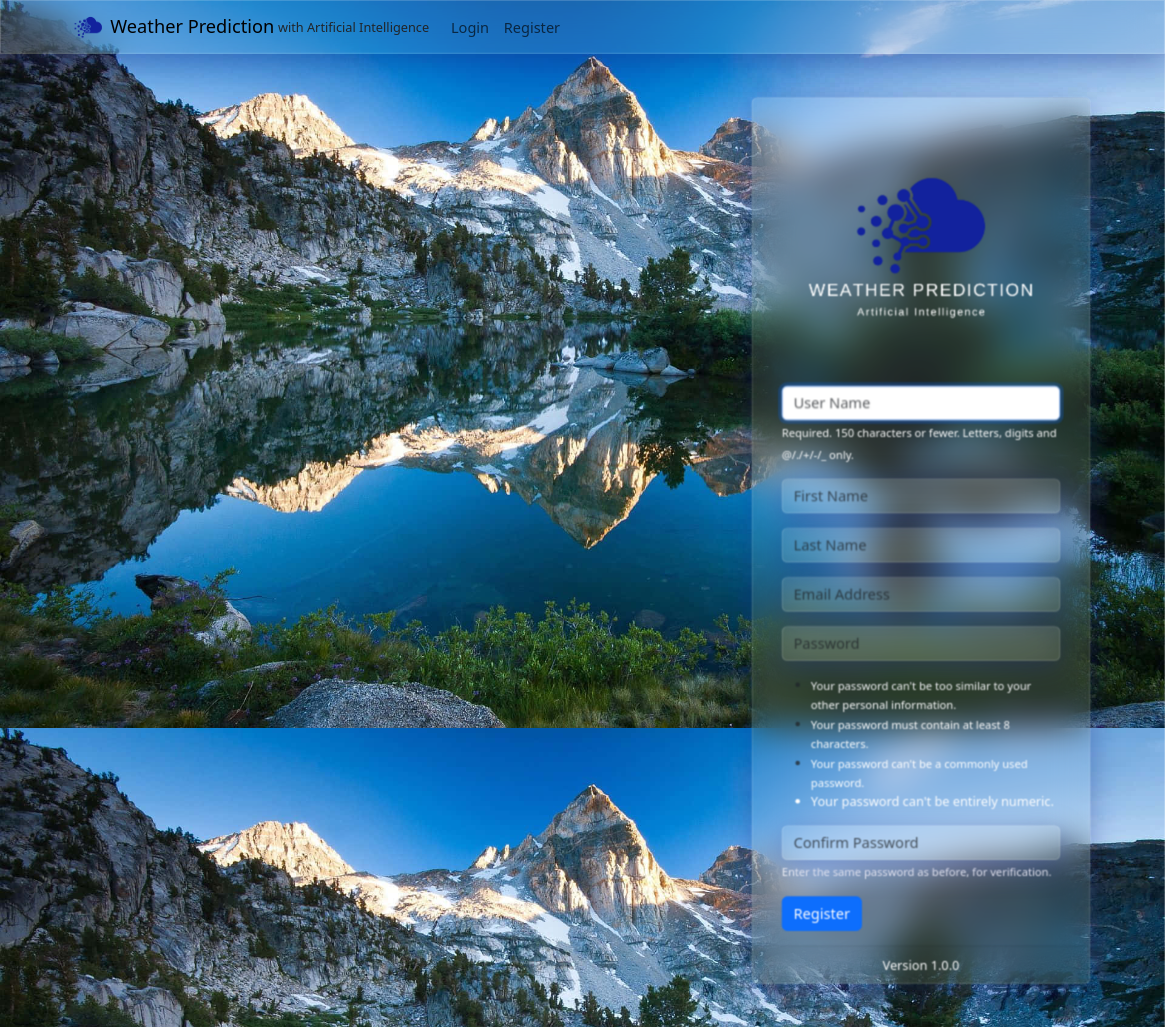
Repository: rustycoder/weather_prediction
Page: http://localhost/weather_admin/register
These files come from the project's save history. The page is drawn as it stood at one moment and after the next save; the edit follows.
The browser window is 1280 px wide. The pictures show the whole page, at 91% of full size.
Backgrounds fixed to the window are drawn as part of the page. The page is served by the project's application, run on Django 5.2 (manage.py).

Above is the page before, as saved 2025-03-03 19:58:34.

After the next save:
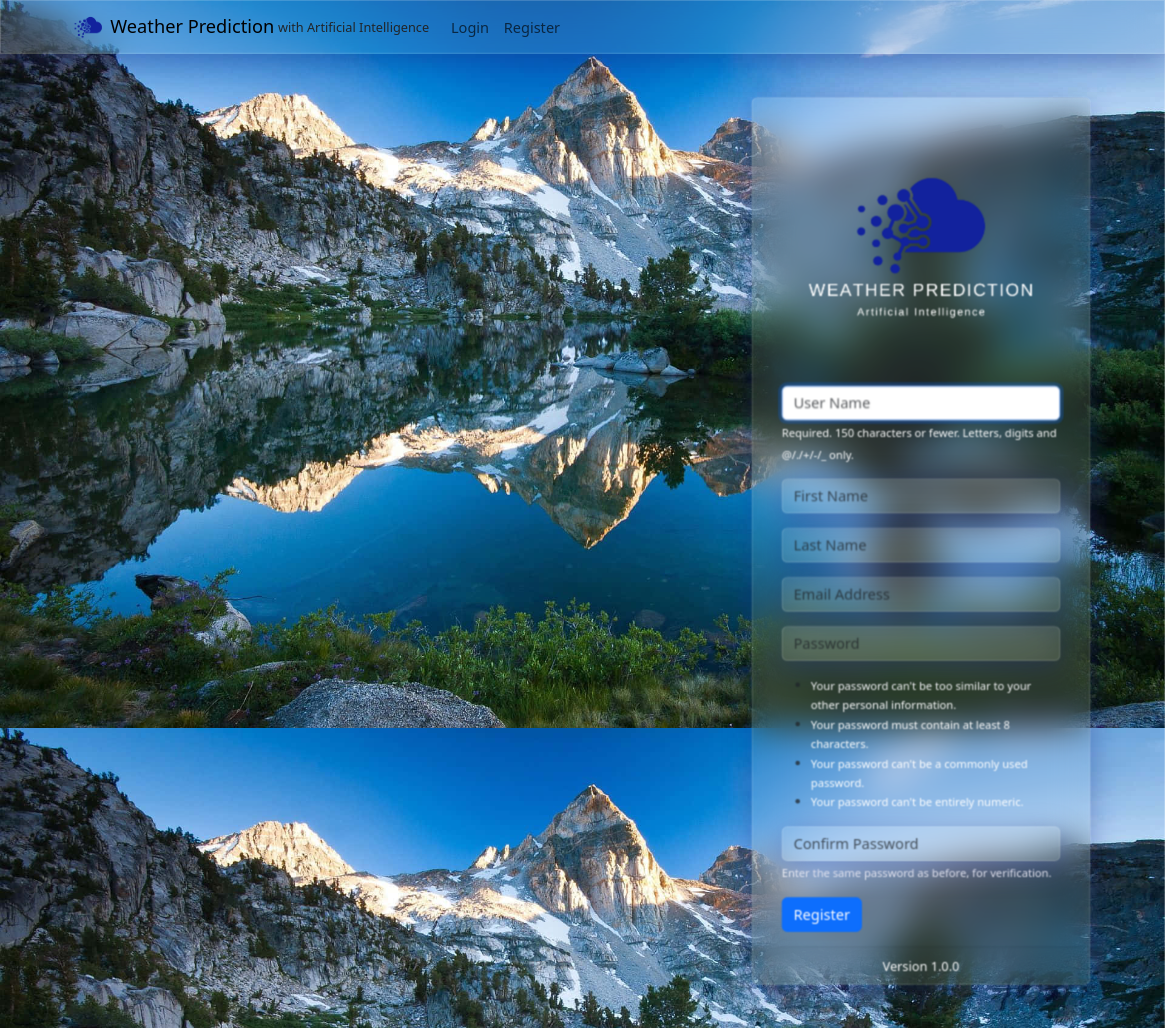
Saved 10 s later.
--- a/weather_admin/forms.py
+++ b/weather_admin/forms.py
@@ -28,7 +28,7 @@
 		self.fields['password1'].widget.attrs['class'] = 'form-control glass'
 		self.fields['password1'].widget.attrs['placeholder'] = 'Password'
 		self.fields['password1'].label = ''
-		self.fields['password1'].help_text = '<ul class="form-text text-muted small"><li><small class="text-white">Your password can\'t be too similar to your other personal information.</small></li><li><small class="text-white">Your password must contain at least 8 characters.</small></li><li><small class="text-white">Your password can\'t be a commonly used password.</small></li><li class="text-white">Your password can\'t be entirely numeric.</li></ul>'
+		self.fields['password1'].help_text = '<ul class="form-text text-muted small"><li><small class="text-white">Your password can\'t be too similar to your other personal information.</small></li><li><small class="text-white">Your password must contain at least 8 characters.</small></li><li><small class="text-white">Your password can\'t be a commonly used password.</small></li><li><small class="text-white">Your password can\'t be entirely numeric.</small></li></ul>'
 
 		self.fields['password2'].widget.attrs['class'] = 'form-control glass'
 		self.fields['password2'].widget.attrs['placeholder'] = 'Confirm Password'
